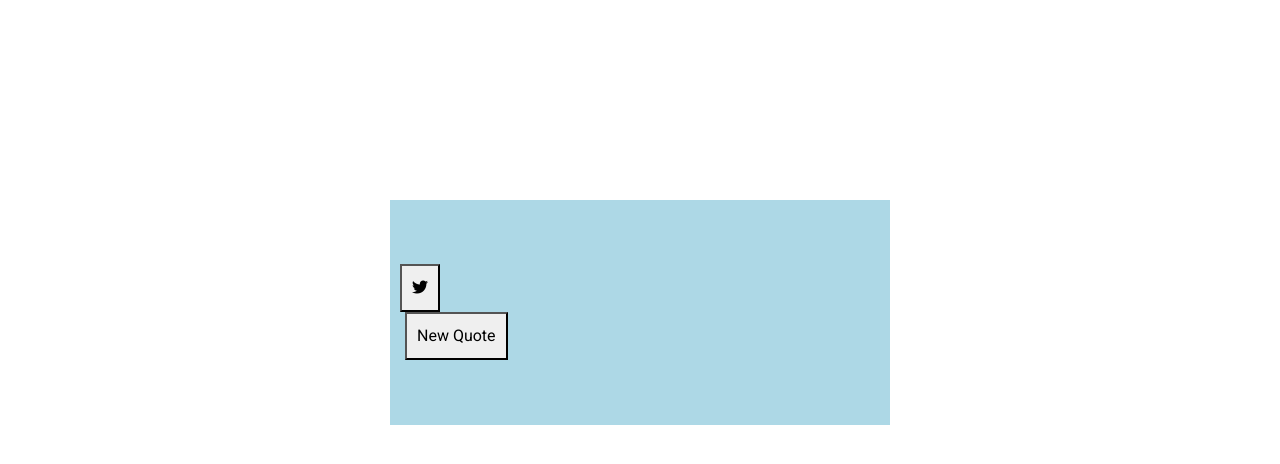
Repository: derektypist/random-quote-machine
Page: index.html
The author's editor kept a record of every edit. The page is drawn from the files as they stood at one moment, then again after the next edit.
The browser window is 1280 px wide. The pictures show the whole page.
Some web libraries are served in a nearby version.

Above is the page before.

### index.html
<!DOCTYPE html>
<html lang="en">

<head>
    <meta charset="UTF-8">
    <meta name="viewport" content="width=device-width, initial-scale=1.0">
    <meta http-equiv="X-UA-Compatible" content="ie=edge">
    <title>Random Quote Machine</title>
    <!-- Load Style Sheets -->
    <link rel="stylesheet" href="https://maxcdn.bootstrapcdn.com/bootstrap/4.4.1/css/bootstrap.min.css" integrity="sha384-Vkoo8x4CGsO3+Hhxv8T/Q5PaXtkKtu6ug5TOeNV6gBiFeWPGFN9MuhOf23Q9Ifjh" crossorigin="anonymous">
    <link rel="stylesheet" href="https://use.fontawesome.com/releases/v5.8.1/css/all.css" integrity="sha384-50oBUHEmvpQ+1lW4y57PTFmhCaXp0ML5d60M1M7uH2+nqUivzIebhndOJK28anvf" crossorigin="anonymous">
    <link href="https://fonts.googleapis.com/css?family=Roboto&display=swap" rel="stylesheet">
    <style>
        /* Quote Box */

        #quote-box {
            font-family: "Roboto", Arial, Verdana, sans-serif;
            background-color: lightblue;
            display: block;
            position: relative;
            top: 200px;
            height: 225px;
            width: 500px;
            margin: auto;

        }

        #text {
            padding: 10px;
        }

        #author {
            text-align: right;
            padding: 10px;
        }

        #tweet-quote {
            padding: 10px;
        }

        #tweet-quote button {
            text-align: center;
            padding: 10px;

        }

        #tweet-quote:hover button {
            background-color: orange;
        }

        #new-quote {
            padding: 10px;
        }
    </style>

    <!-- Load Scripts -->

</head>

<body>
    <!-- Set Up Quote Box -->
    <article id="quote-box">
        <h4 id="text"></h4>
        <p id="author"></p>

        <!-- Set Up Row -->
        <article class="row">
            <!-- Set Up Article for Tweet Quote Button -->
            <article class="col-sm-4">
                <a href="https://www.twitter.com/intent/tweet" target="_blank" title="Tweet" id="tweet-quote"><button type="button"><i class="fab fa-twitter"></i></button></a>
            </article>
        </article>

        <article class="col-sm-4">
        <!-- Set Up Empty Column Space -->
        </article>

        <!-- Set Up Article for New Quote Button -->
        <article class="col-sm-4">
            <button onclick="displayNewQuote()" title="New Quote" id="new-quote">New Quote</button>
        </article>

    </article>


    <!-- Set Up Script -->
    <script>
        // Define Function to Display New Quote

        function displayNewQuote() {
            // Set Up Random Index

            let randomIndex = Math.floor(Math.random() * 13);

            // Set Up Constants noting use of Literals

            const possibleText = ["\"Hope smiles from the threshold of the year to come whispering.  It will be happier.\"",
                "\"O wind, if winter comes can spring be far behind?\"",
                "\"Spring is nature's way of saying 'Let's Party'.\"",
                "\"Sweet April showers do spring May Flowers.\"",
                "\"As full of spirit as the month of May, and as gorgeous as the sun in Midsummer.\"",
                "\"There are two seasons in Scotland: June and Winter.\"",
                "\"People don't notice whether it's winter or summer when they're happy.\"",
                "\"Summer Afternoon---summer afternoon; to me those have always been the first two beautiful words in the English Language.\"",
                "\"Autumn is a second spring when every leaf is a flower.\"",
                "\"In seed time learn, in harvest teach, in winter enjoy.\"",
                "\"Winter is the time for comfort, for good food and warmth, for the touch of a friendly hand and a talk beside the fire: it is time for home.\"",
                "\"Thank you for your kind words.\"",
                "\"It looks as though you had a great time Derek.\""
            ];
            const text = possibleText[randomIndex];
            const possibleAuthors = ["Alfred Lord Tennyson",
                                    "Percy Bysshe Shelley",
                                    "Robin Williams",
                                    "Thomas Tusser",
                                    "William Shakespeare",
                                    "Billy Connolly",
                                    "Anton Chekhov",
                                    "Henry James",
                                    "Albert Camus",
                                    "William Blake",
                                    "Edith Sitwell",
                                    "Daphne Pink",
                                    "Andrea Harrison"];
            const author = possibleAuthors[randomIndex];

            // Display text and author in the Browser Window
            document.getElementById("text").innerHTML = text;
            document.getElementById("author").innerHTML = author;
        }
    </script>
</body>

</html>

After the next edit:
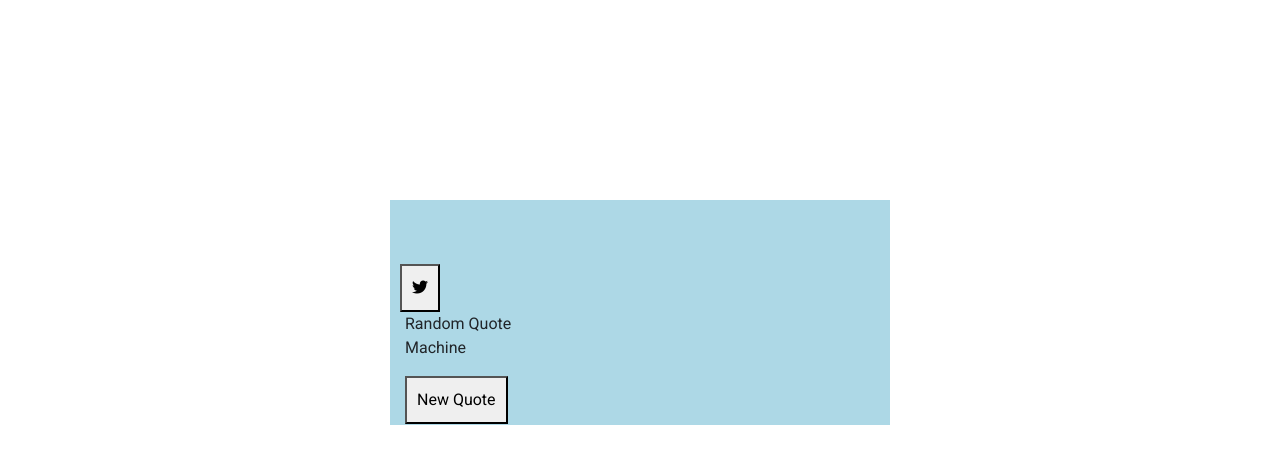
The edit:
--- a/index.html
+++ b/index.html
@@ -72,7 +72,7 @@
         </article>
 
         <article class="col-sm-4">
-        <!-- Set Up Empty Column Space -->
+        <p>Random Quote Machine</p>
         </article>
 
         <!-- Set Up Article for New Quote Button -->
